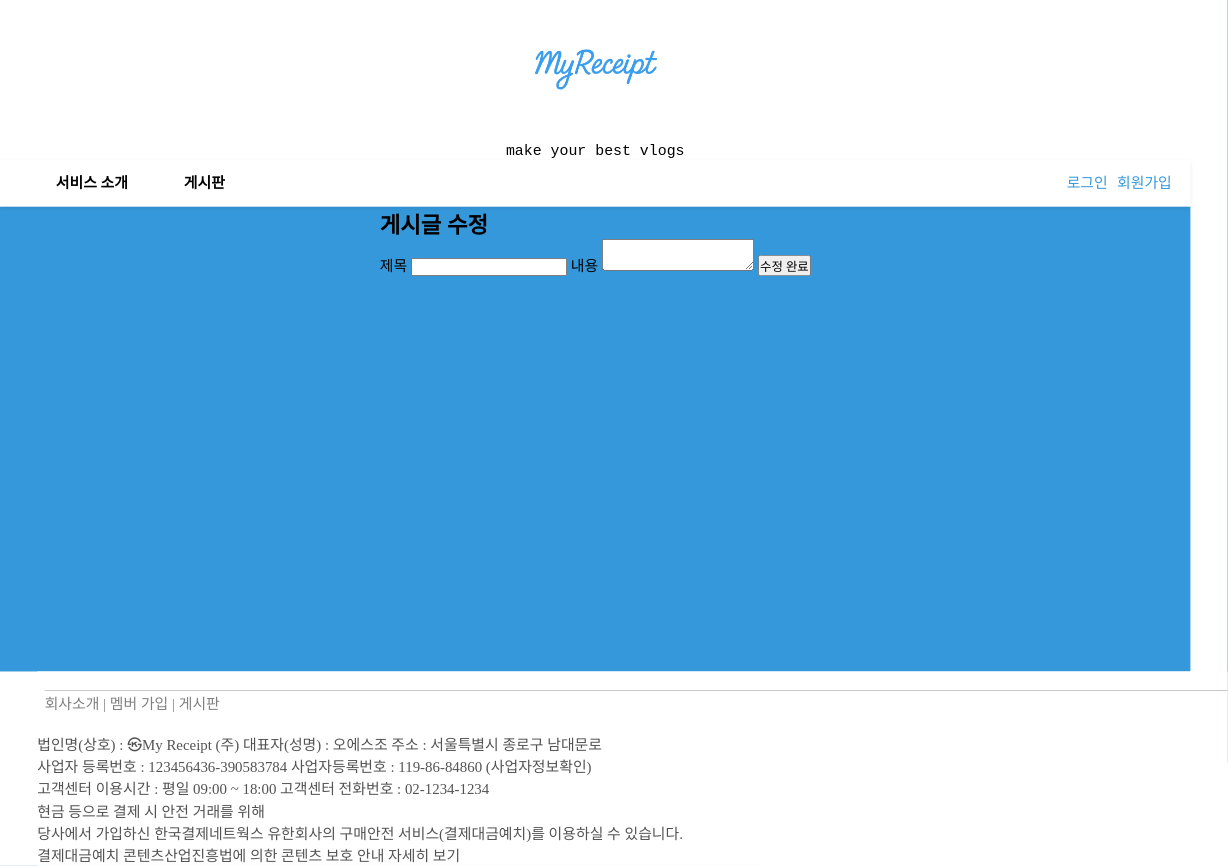
Repository: shong69/mini-project
Page: http://localhost/myReceipt2/WEB-INF/views/update.jsp
An editor plug-in stored every save of this project. The page is shown before and after the next save, followed by the edit.
The browser window is 1280 px wide. The page is 1320 px wide, so the pictures cover 1320 px, including what lies to the right of the window. The pictures show the whole page, at 93% of full size.
Some web fonts or font styles are not loaded; a fallback is used. The page is served by Tomcat 10. Nobody is signed in. The template is opened directly, without the code that normally fills it, so the values that code supplies are empty.

Above is the page before, as saved 2025-05-06 20:07:28.

After the next save:
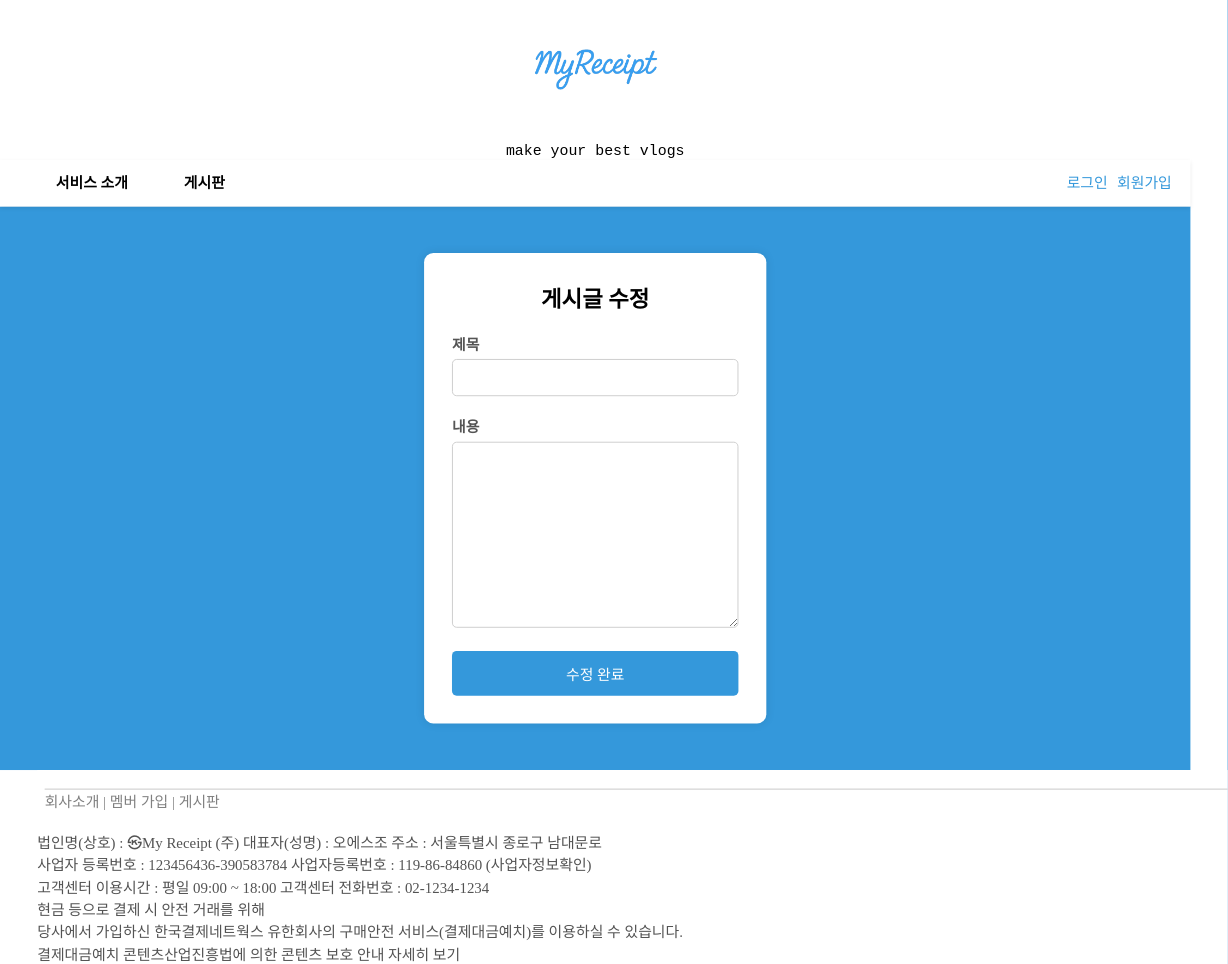
Saved 38 s later.
--- a/jspProject/myReceipt2/src/main/webapp/WEB-INF/views/update.jsp
+++ b/jspProject/myReceipt2/src/main/webapp/WEB-INF/views/update.jsp
@@ -65,7 +65,7 @@
 <body>
     <jsp:include page="/WEB-INF/views/common/header.jsp"></jsp:include>
     <main>
-        <form action="/myReceipt2/update" method="post">
+        <form action="/myReceipt2/update" method="post" class="update-form">
 	    	<h2>게시글 수정</h2>
 	    	<input type="hidden" name="id" value=${post.id}/>
 
